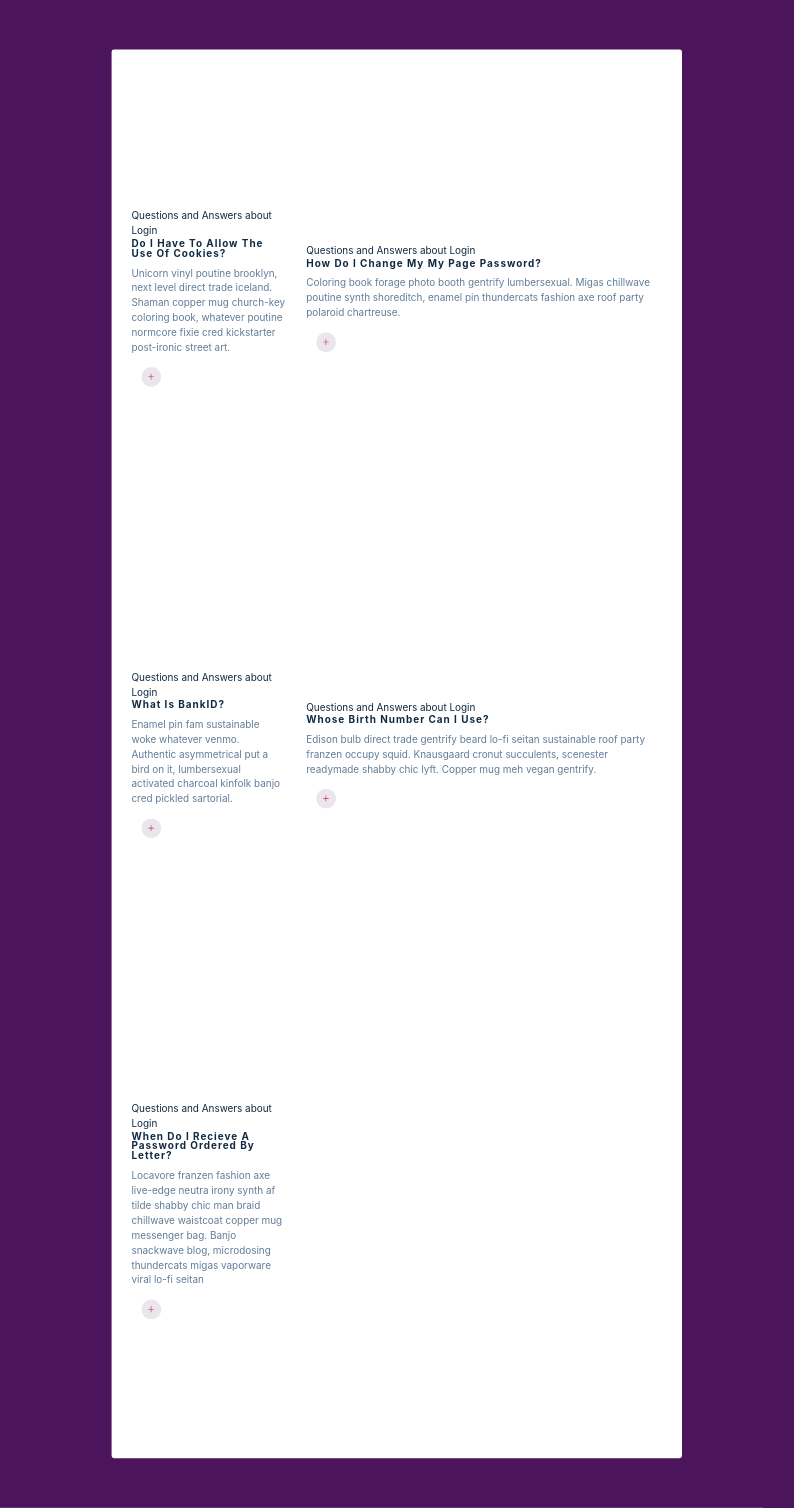
Repository: Reghanoid/Accordion
Page: /
An editor plug-in stored every save of this project. The page is shown before and after the next save, followed by the edit.
The browser window is 1280 px wide. The pictures show the whole page, at 62% of full size.
The project was rebuilt for these pictures with package versions that can differ from the ones it lists, and the page was loaded fresh each time.

Above is the page before, as saved 2022-06-06 15:18:04.

After the next save:
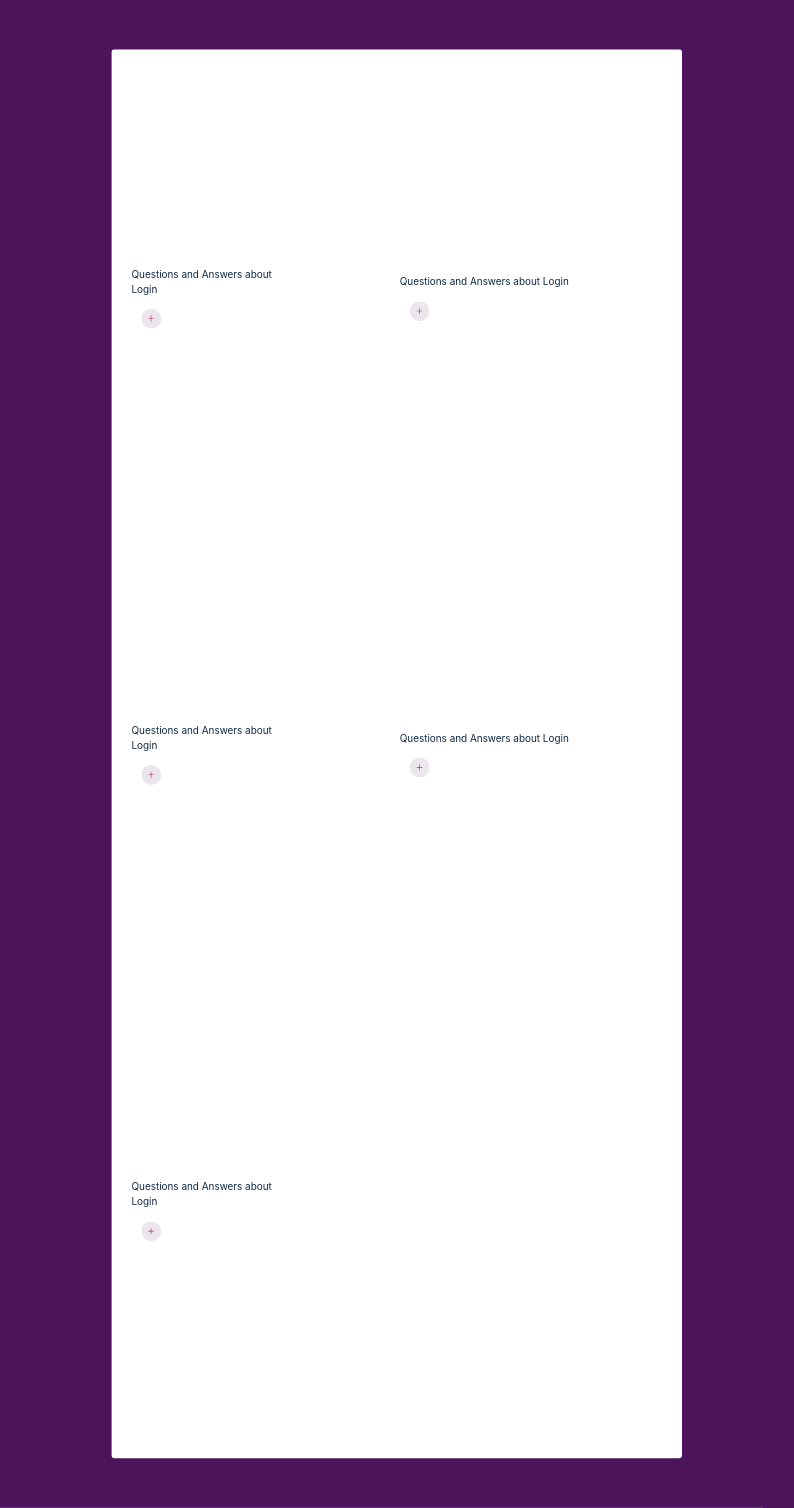
Saved 57 s later.
--- a/src/App.js
+++ b/src/App.js
@@ -5,7 +5,7 @@ function App() {
   return (
     <main className='container'>
       {data.map((datum) => (
-        <SingleQuestion key={datum.id} title={datum.title} info={datum.info} />
+        <SingleQuestion />
       ))}
     </main>
   )
